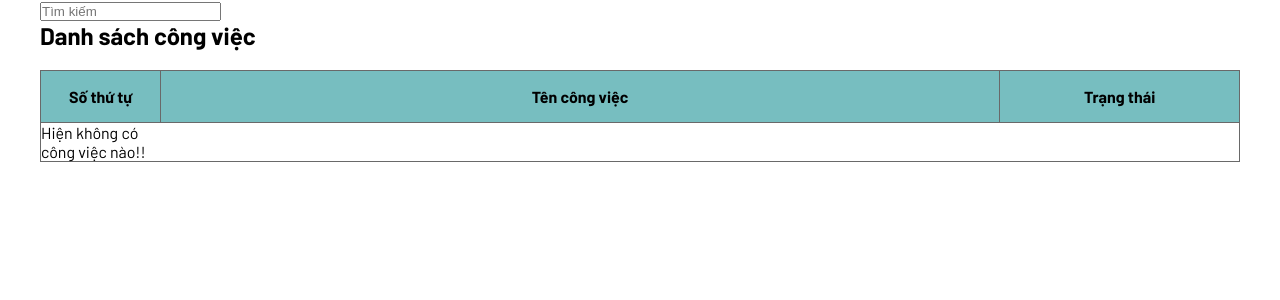
Repository: OkazakiTruong/searchReact
Page: /
An editor plug-in stored every save of this project. The page is shown before and after the next save, followed by the edit.
The browser window is 1280 px wide. The pictures show the whole page.
The page's requests for data from a server got no answer. The project was rebuilt for these pictures with package versions that can differ from the ones it lists, and the page was loaded fresh each time. No one was signed in, and anything a server would have sent is missing. Also part of the build but not shown: vite.config.js.

Above is the page before, as saved 2024-01-11 14:12:33.

### src/App.jsx
import React from "react";
import { SearchAppContainer } from "./SearchApp/SearchAppContainer";

export const App = () => {
  return (
    <div className="app">
      <SearchAppContainer />
    </div>
  );
};

### src/index.css
@import url("https://fonts.googleapis.com");
@import url("https://fonts.gstatic.com");
@import url("https://fonts.googleapis.com/css2?family=Barlow:ital,wght@0,100;0,200;0,300;0,400;0,500;0,600;0,700;0,800;0,900;1,100;1,200;1,300;1,400;1,500;1,600;1,700;1,800;1,900&display=swap");

* {
  padding: 0;
  margin: 0;
  box-sizing: border-box;
}

body {
  font-family: "Barlow", sans-serif;
}

.app {
  max-width: 1250px;
  padding: 0 25px;
  margin: 0 auto;
}

### src/SearchApp/SearchAppContainer.jsx
import React, { useCallback, useEffect, useState } from "react";
import { ListTodo } from "./Todo/ListTodo";
import { Search } from "./Search/Search";

export const SearchAppContainer = () => {
  const [todos, setTodos] = useState(null);
  useEffect(() => {
    //fetch api
    fetch("https://jsonplaceholder.typicode.com/todos?_page=1", {
      method: "GET",
      headers: {
        "Content-type": "application/json",
      },
    })
      .then((response) => response.json())
      .then((data) => {
        setTodos(data);
      });
  }, []);
  return (
    <div>
      <Search />
      <ListTodo todos={todos} />
    </div>
  );
};

### src/SearchApp/Todo/ListTodo.jsx
import React from "react";
import "./listTodo.css";

export const ListTodo = ({ todos }) => {
  return (
    <>
      <h2>Danh sách công việc</h2>
      <table>
        <tbody>
          <tr>
            <th className="numerical-order">Số thứ tự</th>
            <th className="todo-name">Tên công việc</th>
            <th className="status">Trạng thái</th>
          </tr>
          {!todos
            ? "Hiện không có công việc nào!!"
            : todos.map((todo, index) => (
                <tr>
                  <td>{++index}</td>
                  <td>{todo.title}</td>
                  <td>
                    {todo.completed ? "Đã hoàn thành" : "Chưa hoàn thành"}
                  </td>
                </tr>
              ))}
        </tbody>
      </table>
    </>
  );
};

### src/SearchApp/Search/Search.jsx
import React from "react";

export const Search = () => {
  return (
    <div>
      <form action="#">
        <input type="text" placeholder="Tìm kiếm" />
      </form>
    </div>
  );
};

### src/SearchApp/Todo/listTodo.css
table {
  width: 100%;
}
table,
th,
td {
  border: 1px solid #696969;
  border-collapse: collapse;
}
th,
td {
  padding: 16px;
}
th {
  background-color: rgb(119, 190, 192);
}
th.todo-name {
  width: 70%;
}
th.numeric-order {
  width: 10%;
}
th.status {
  width: 20%;
}

h2 {
  margin-bottom: 20px;
}

### src/SearchApp/Search/Search.css
input {
  padding: 10px;
}

Loaded but not shown: index.html (common file); src/main.jsx (common file)

After the next save:
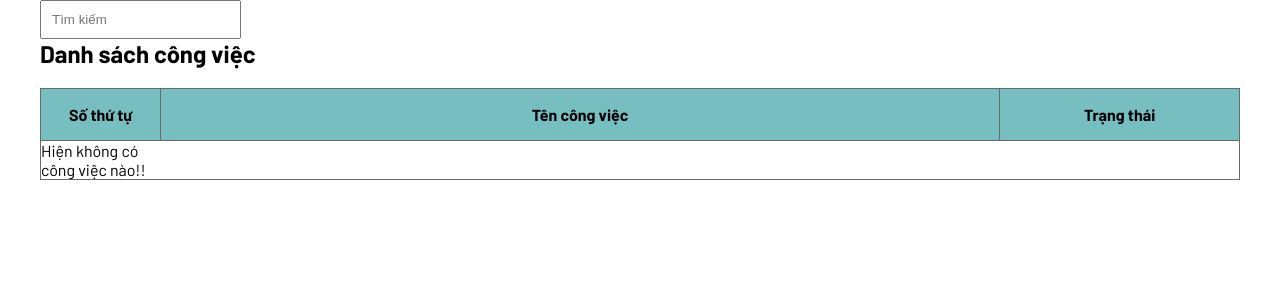
Saved 17 s later.
--- a/src/SearchApp/Search/Search.jsx
+++ b/src/SearchApp/Search/Search.jsx
@@ -1,4 +1,5 @@
 import React from "react";
+import "./Search.css";
 
 export const Search = () => {
   return (
